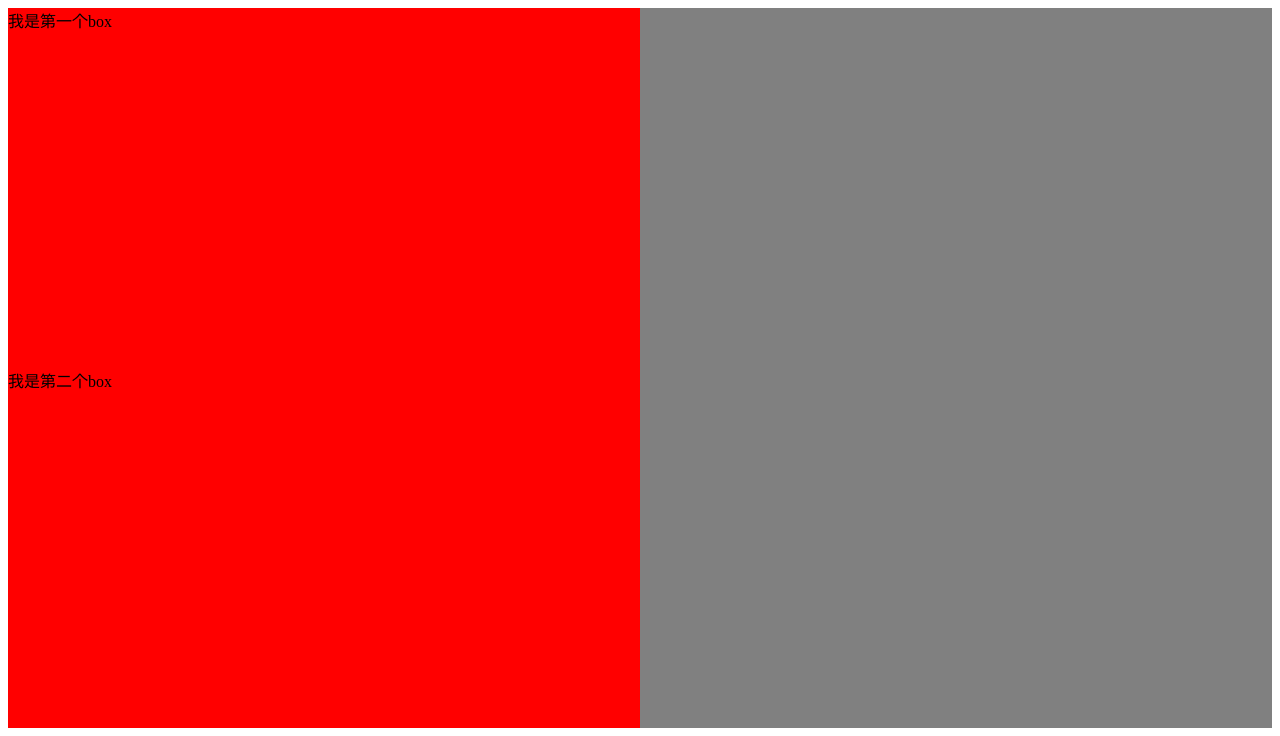
Repository: nanfengovo/CSS
Page: heightandwidth.html
An editor plug-in stored every save of this project. The page is shown before and after the next save, followed by the edit.
The browser window is 1280 px wide. The pictures show the whole page.

Above is the page before, as saved 2025-01-01 11:04:11.

### heightandwidth.html
<!DOCTYPE html>
<html lang="en">
<head>
    <meta charset="UTF-8">
    <meta name="viewport" content="width=device-width, initial-scale=1.0">
    <title>height width </title>
    <style>
        .container{
            height: 100vh;
            background-color: gray;
        }
        .box{
            width: 50%;
            height: 50%;
            background-color: red;

        }
    </style>
</head>
<body>
    <div class="container">
        <div class="box">我是第一个box</div>
        <div class="box">我是第二个box</div>
    </div>
</body>
</html>

After the next save:
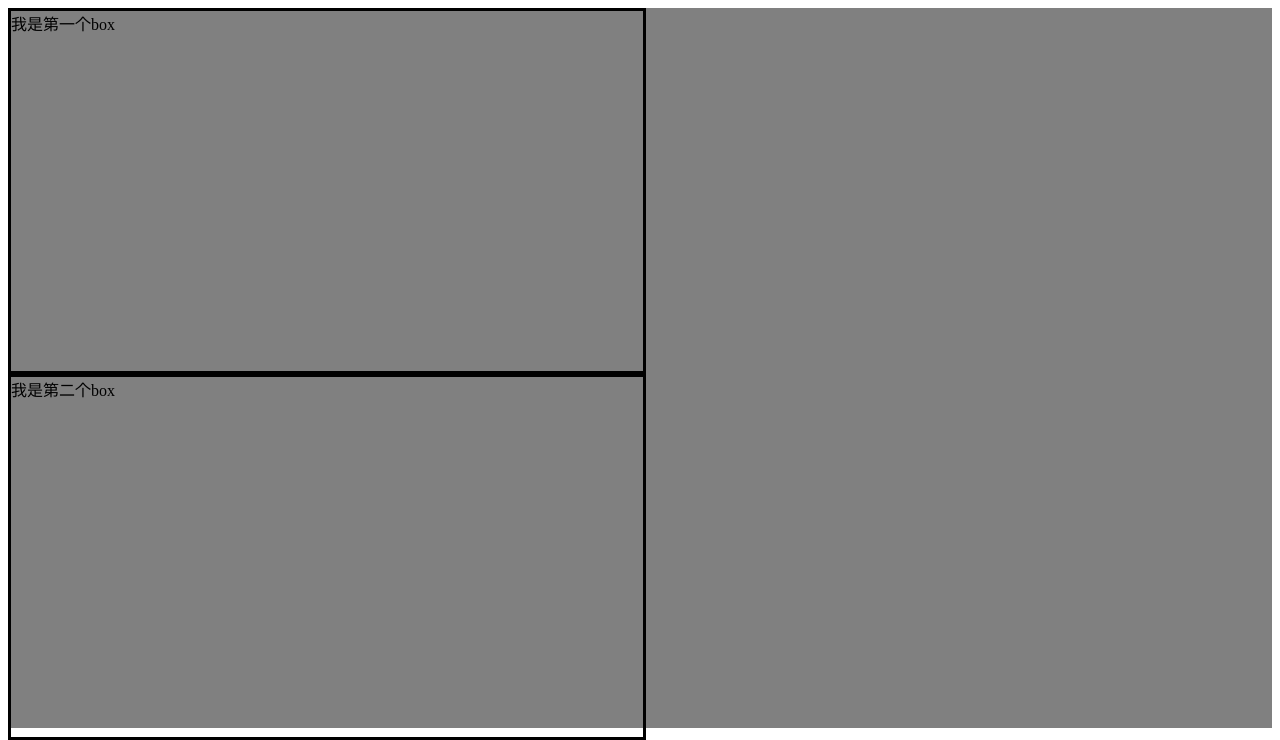
Saved 33 s later.
--- a/heightandwidth.html
+++ b/heightandwidth.html
@@ -12,7 +12,7 @@
         .box{
             width: 50%;
             height: 50%;
-            background-color: red;
+            border: 3px solid #000;
 
         }
     </style>
